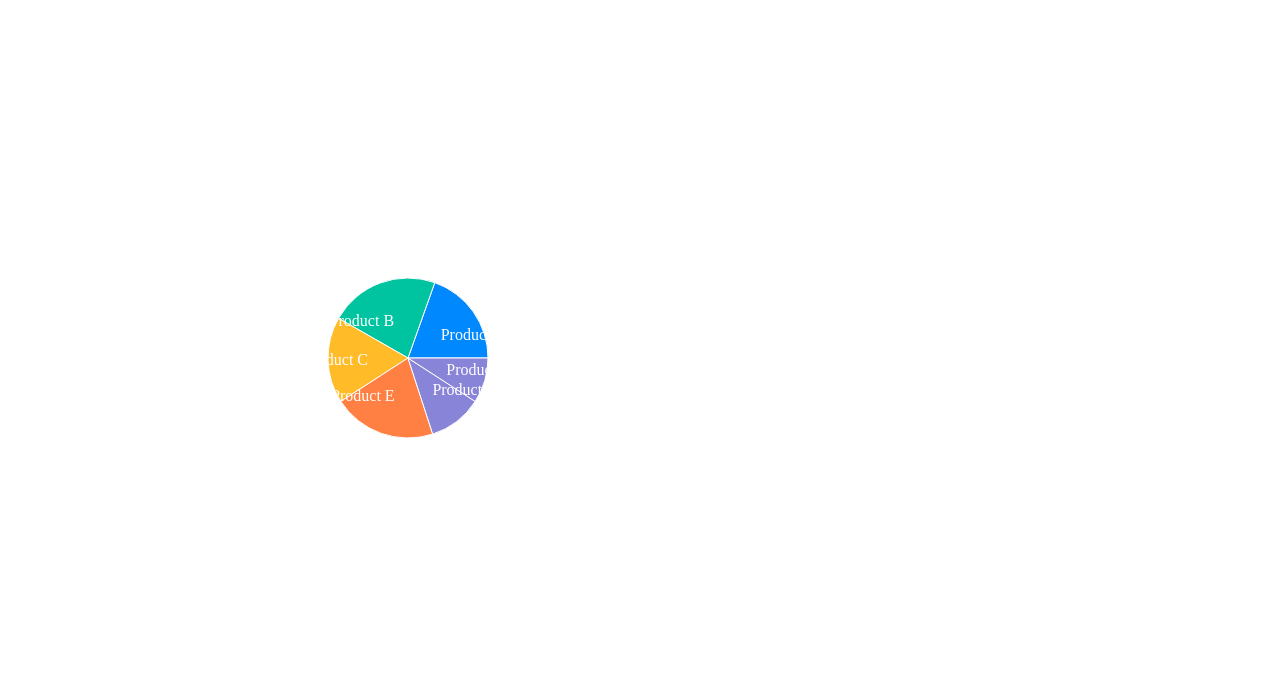
Repository: sagarjain738/test
Page: /
The author's editor kept a copy of each file at every save. The page is drawn from the files as they stood at one save, then again after the next save.
The browser window is 1280 px wide. The pictures show the whole page.
The project was rebuilt for these pictures with package versions that can differ from the ones it lists, and the page was loaded fresh each time. Also part of the build but not shown: vite.config.js, src/App.css, src/components/FirstChart.jsx, src/components/SecondData.jsx, src/index.css.

Above is the page before, as saved 2024-01-20 19:34:53.

### src/App.jsx
import "./App.css";
import FirstChart from "./components/FirstChart";
import totalData, { getTotalData, getTotal } from "../Data";
import SecondChart from "./components/SecondData";
import TotalPieChart from "./components/PieChart";

function App() {
  const firstRecord = getTotalData(totalData);
  const total = getTotal(totalData);
  return (
    <>
      {/* <FirstChart records={firstRecord} /> */}
      {/* <SecondChart records={firstRecord} /> */}
      <TotalPieChart records={total} />
    </>
  );
}

export default App;

### Data.js
let data = {
  salesData: [
    {
      product: "Product A",
      sales: [
        { month: "January", amount: 100 },
        { month: "February", amount: 150 },
        { month: "March", amount: 200 },
      ],
    },
    {
      product: "Product B",
      sales: [
        { month: "January", amount: 120 },
        { month: "February", amount: 170 },
        { month: "March", amount: 220 },
      ],
    },
    {
      product: "Product C",
      sales: [
        { month: "January", amount: 90 },
        { month: "February", amount: 130 },
        { month: "March", amount: 180 },
      ],
    },
    {
      product: "Product E",
      sales: [
        { month: "January", amount: 130 },
        { month: "February", amount: 250 },
        { month: "March", amount: 100 },
      ],
    },
    {
      product: "Product F",
      sales: [
        { month: "January", amount: 60 },
        { month: "February", amount: 70 },
        { month: "March", amount: 120 },
      ],
    },
    {
      product: "Product G",
      sales: [
        { month: "January", amount: 40 },
        { month: "February", amount: 110 },
        { month: "March", amount: 60 },
      ],
    },
  ],
};

export function getTotalData(records) {
  const result = records.salesData.map((item) => {
    return {
      name: item.product,
      data: item.sales.reduce(
        (acc, itm) => ({ ...acc, [`${itm.month}`]: itm.amount }),
        {}
      ),
    };
  });

  const finalData = result.map((item) => {
    return { name: item.name, ...item.data };
  });

  return finalData;
}

export function getTotal(records) {
  const result = records.salesData.map((item) => {
    return {
      name: item.product,
      total: item.sales.reduce((acc, itm) => acc + itm.amount, 0),
    };
  });

  return result;
}

export default data;

### src/components/PieChart.jsx
import { Cell, Pie, PieChart } from "recharts";
import totalData, { getTotal } from "../../Data";

const data = [
  { name: "Group A", value: 400 },
  { name: "Group B", value: 300 },
  { name: "Group C", value: 300 },
  { name: "Group D", value: 200 },
];

const COLORS = ["#0088FE", "#00C49F", "#FFBB28", "#FF8042"];

const RADIAN = Math.PI / 180;
const renderCustomizedLabel = ({
  cx,
  cy,
  midAngle,
  innerRadius,
  outerRadius,
  percent,
  name,
}) => {
  console.log(name);
  const radius = innerRadius + (outerRadius - innerRadius) * 0.5;
  const x = cx + radius * Math.cos(-midAngle * RADIAN);
  const y = cy + radius * Math.sin(-midAngle * RADIAN);

  return (
    <text
      x={x}
      y={y}
      fill="white"
      textAnchor={x > cx ? "start" : "end"}
      dominantBaseline="central"
    >
      {name}
      {/* {`${(percent * 100).toFixed(0)}%`} */}
    </text>
  );
};

export default function TotalPieChart({ records }) {
  return (
    <PieChart width={800} height={700}>
      <Pie
        data={records}
        cx="50%"
        cy="50%"
        labelLine={false}
        label={renderCustomizedLabel}
        outerRadius={80}
        fill="#8884d8"
        dataKey="total"
      >
        {data.map((entry, index) => (
          <Cell key={`cell-${index}`} fill={COLORS[index % COLORS.length]} />
        ))}
      </Pie>
    </PieChart>
  );
}

Loaded but not shown: index.html (common file); src/main.jsx (common file)

After the next save:
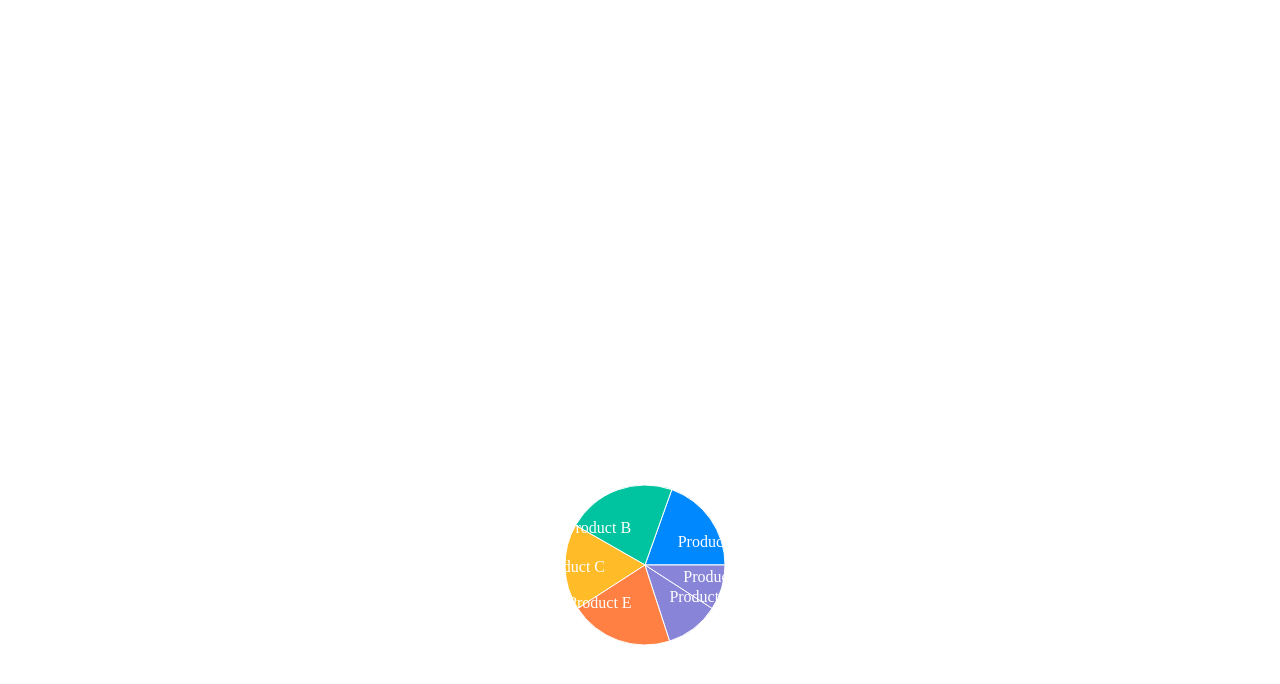
Saved 20 s later.
--- a/src/components/PieChart.jsx
+++ b/src/components/PieChart.jsx
@@ -20,7 +20,6 @@
   percent,
   name,
 }) => {
-  console.log(name);
   const radius = innerRadius + (outerRadius - innerRadius) * 0.5;
   const x = cx + radius * Math.cos(-midAngle * RADIAN);
   const y = cy + radius * Math.sin(-midAngle * RADIAN);
@@ -44,8 +43,8 @@
     <PieChart width={800} height={700}>
       <Pie
         data={records}
-        cx="50%"
-        cy="50%"
+        cx="80%"
+        cy="80%"
         labelLine={false}
         label={renderCustomizedLabel}
         outerRadius={80}

After the save that followed:
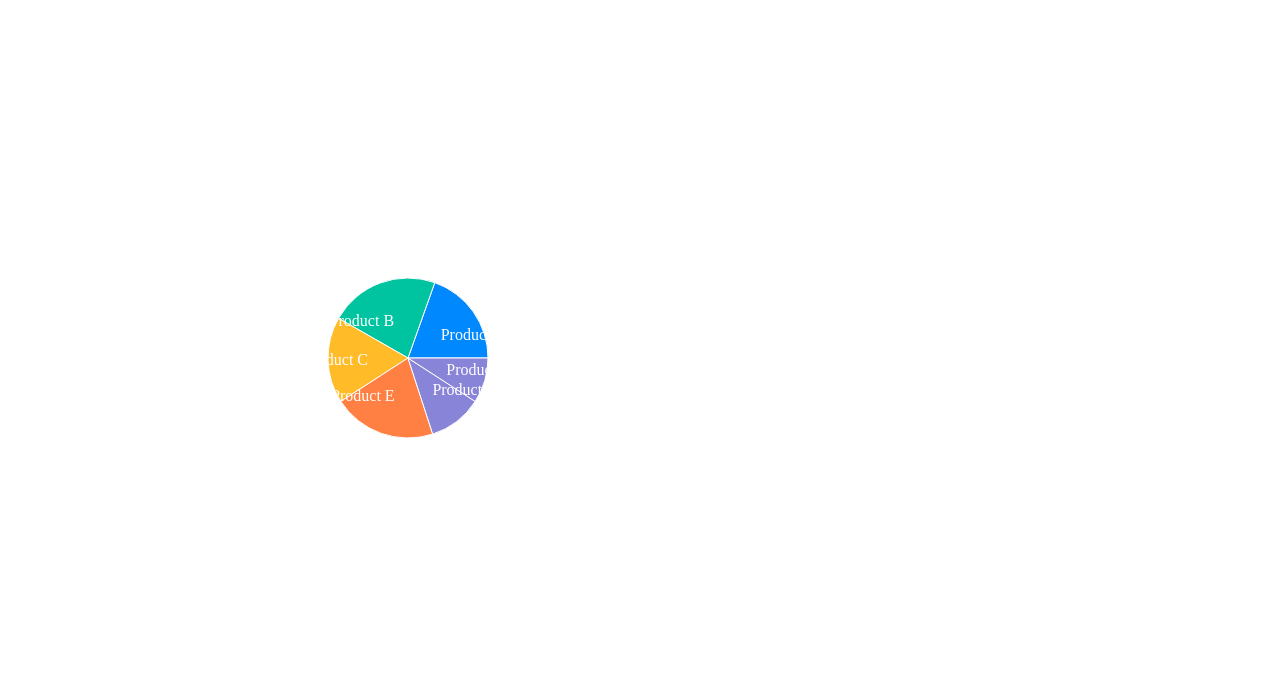
Saved 5 s later.
--- a/src/components/PieChart.jsx
+++ b/src/components/PieChart.jsx
@@ -43,8 +43,8 @@
     <PieChart width={800} height={700}>
       <Pie
         data={records}
-        cx="80%"
-        cy="80%"
+        cx="50%"
+        cy="50%"
         labelLine={false}
         label={renderCustomizedLabel}
         outerRadius={80}
